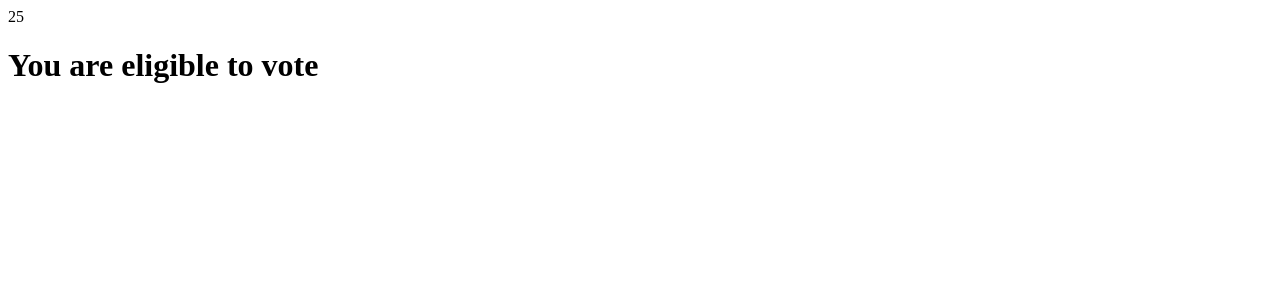
Repository: AkshayKPrajapati/CodingHub
Page: http://localhost/MavenProject/Index.jsp
An editor plug-in stored every save of this project. The page is shown before and after the next save, followed by the edit.
The browser window is 1280 px wide. The pictures show the whole page.
The page is served by Tomcat 9. Other server files are loaded and not shown.

Above is the page before, as saved 2025-10-22 18:38:36.

### MavenProject/src/main/webapp/Index.jsp
<%@ page language="java" contentType="text/html; charset=ISO-8859-1"
    pageEncoding="ISO-8859-1"%>

<!-- Taglib directive -->
<%@ taglib prefix="c" uri="http://java.sun.com/jsp/jstl/core" %>

<!-- Page directive -->
<%@ page isELIgnored="false" %>

<!DOCTYPE html PUBLIC "-//W3C//DTD HTML 4.01 Transitional//EN"
                      "http://www.w3.org/TR/html4/loose.dtd">
<html>
<head>
<meta http-equiv="Content-Type" content="text/html; charset=ISO-8859-1">
<title>TagLib Directive</title>
</head>
<body>

    <c:set var="age" value="25" />
    <c:out value="${age}" />

    <c:if test="${age > 18}">
        <h1>You are eligible to vote</h1>
    </c:if>

    <c:if test="${age < 18}">
        <h2>You're not eligible to vote</h2>
    </c:if>

</body>
</html>

After the next save:
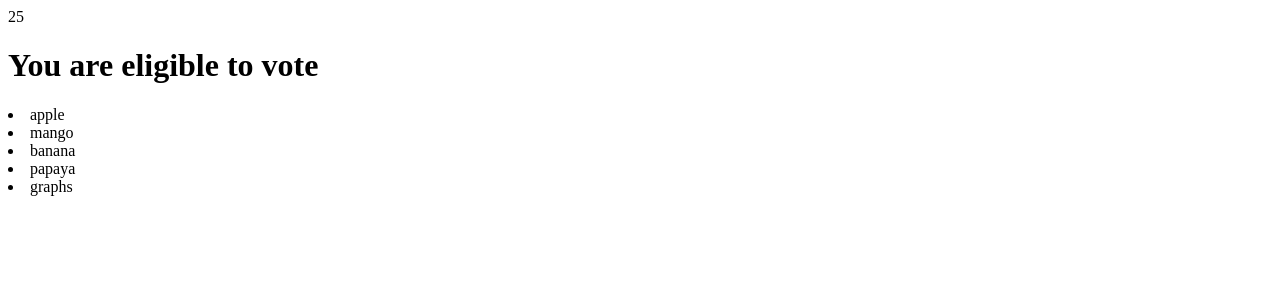
Saved 17 h 21 min later.
--- a/MavenProject/src/main/webapp/Index.jsp
+++ b/MavenProject/src/main/webapp/Index.jsp
@@ -27,5 +27,18 @@
         <h2>You're not eligible to vote</h2>
     </c:if>
 
+	<!-- Use like a Array -->
+	<c:set var="fruits" value="${ fruits},apple"></c:set>
+	<c:set var="fruits" value="${ fruits},mango"></c:set>
+	<c:set var="fruits" value="${ fruits},banana"></c:set>
+	<c:set var="fruits" value="${ fruits},papaya"></c:set>
+	<c:set var="fruits" value="${ fruits},graphs"></c:set>
+
+
+	<!-- Print using for each -->
+	<c:forEach var="fruit" items="${fruits}">
+    	<li><c:out value="${fruit}" /></li>
+	</c:forEach>
+
 </body>
 </html>
